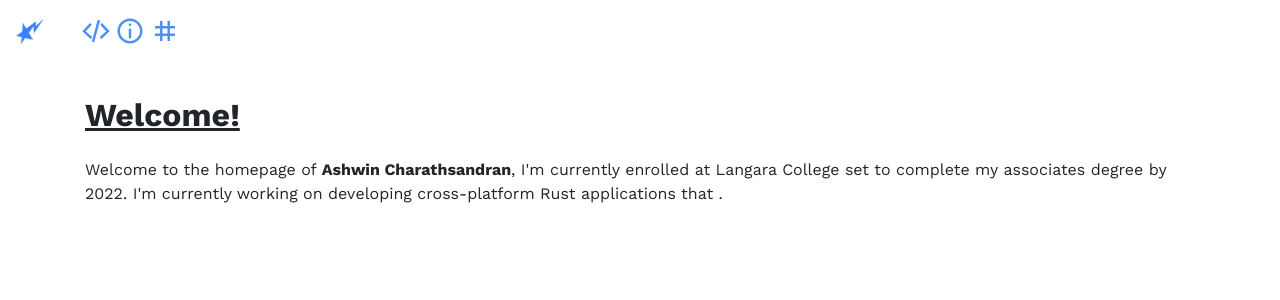
Repository: xxiz/ashwin.lol_flask
Page: http://localhost/
An editor plug-in stored every save of this project. The page is shown before and after the next save, followed by the edit.
The browser window is 1280 px wide. The pictures show the whole page.
The page is served by the project's application, run on Flask 3 (app.py).

Above is the page before, as saved 2021-08-31 17:05:48.

After the next save:
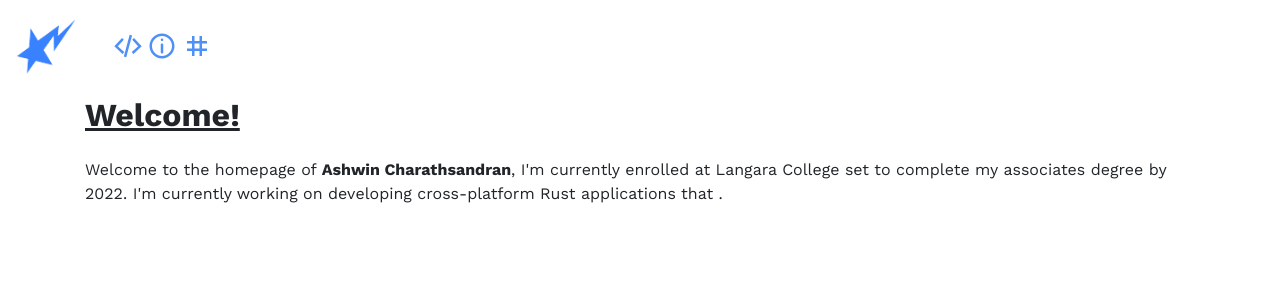
Saved 16 s later.
--- a/static/app.css
+++ b/static/app.css
@@ -61,9 +61,11 @@ main {
 
 .logo img {
     width: 60px;
+}
+
+.logo {
     padding-right: 2em;
 }
-
 @keyframes hover-effect {
     0% {
         color: var(--blue);
